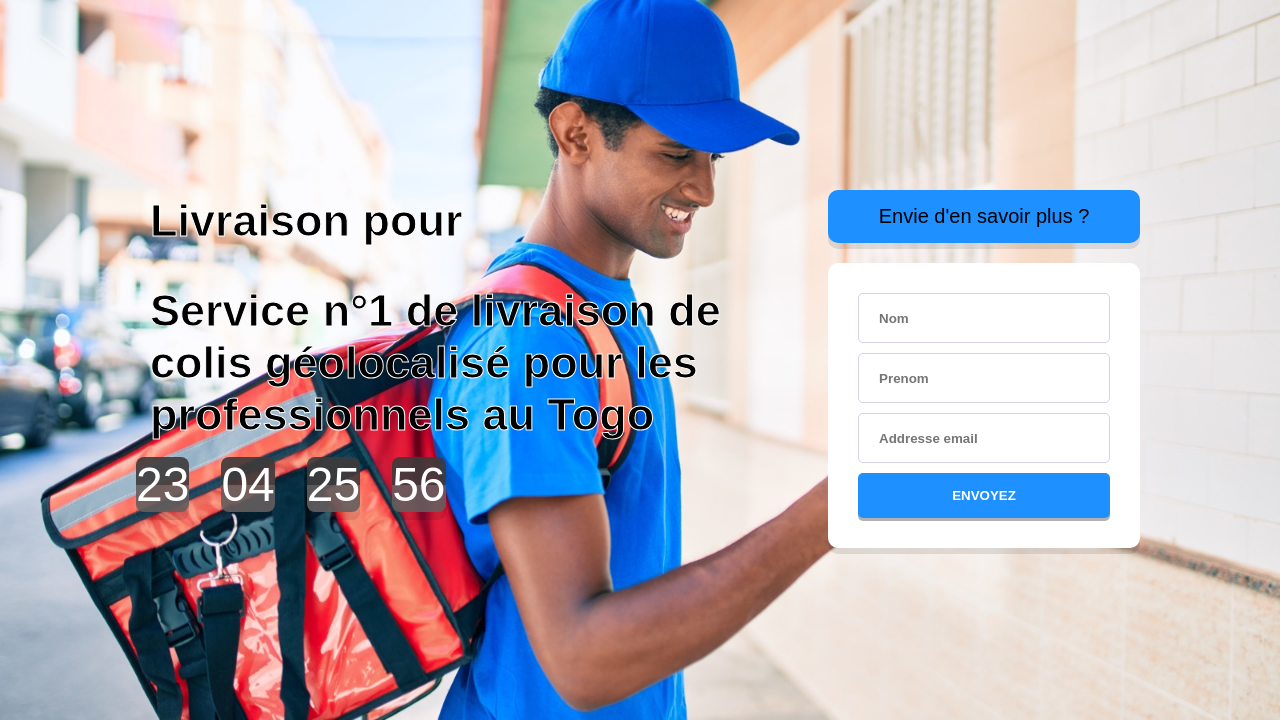
Repository: lawalalao/landpage
Page: index.html
An editor plug-in stored every save of this project. The page is shown before and after the next save, followed by the edit.
The browser window is 1280 px wide. The pictures show the whole page.
Some web fonts or font styles are not loaded; a fallback is used.

Above is the page before, as saved 2021-01-12 19:56:19.
Console error: TypeError: Cannot read properties of null (reading 'addEventListener')

After the next save:
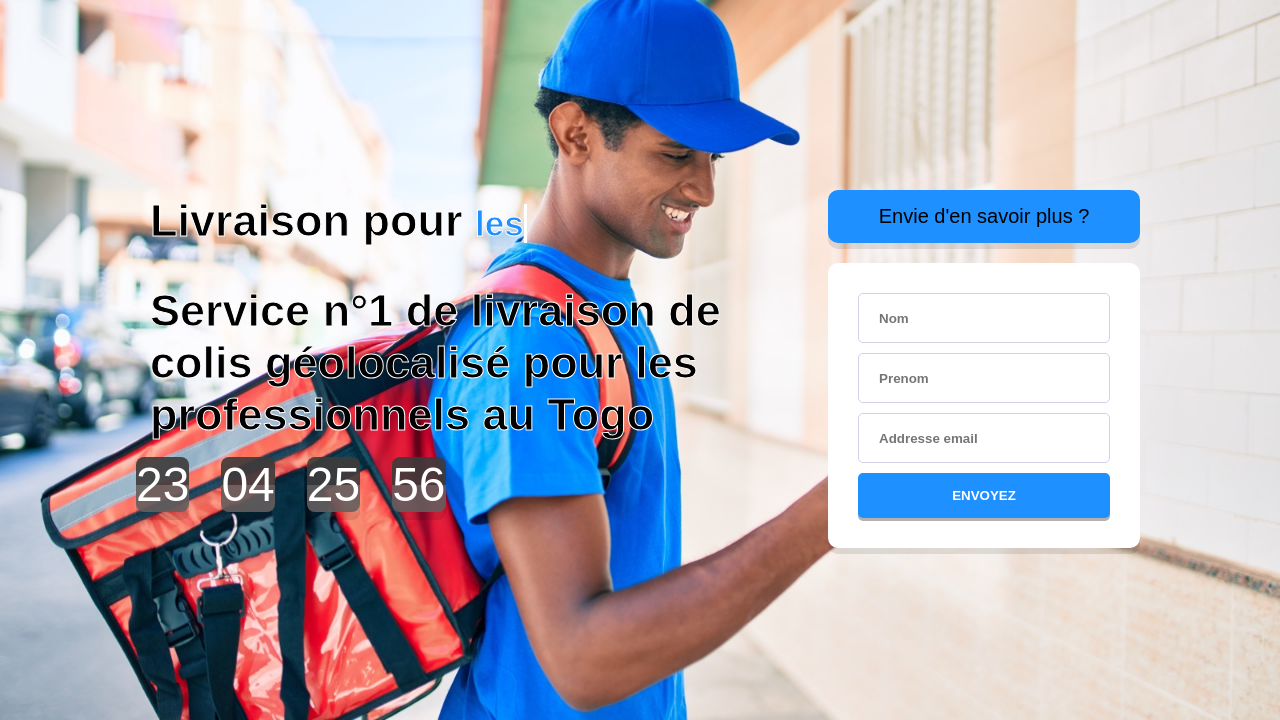
Saved 18 s later.
--- a/app.js
+++ b/app.js
@@ -94,3 +94,16 @@ class TypeWriter {
     setTimeout(() => this.type(), typeSpeed);
   }
 }
+
+
+// Init On DOM Load
+document.addEventListener('DOMContentLoaded', init);
+
+// Init App
+function init() {
+  const txtElement = document.querySelector('.txt-type');
+  const words = JSON.parse(txtElement.getAttribute('data-words'));
+  const wait = txtElement.getAttribute('data-wait');
+  // Init TypeWriter
+  new TypeWriter(txtElement, words, wait);
+}
